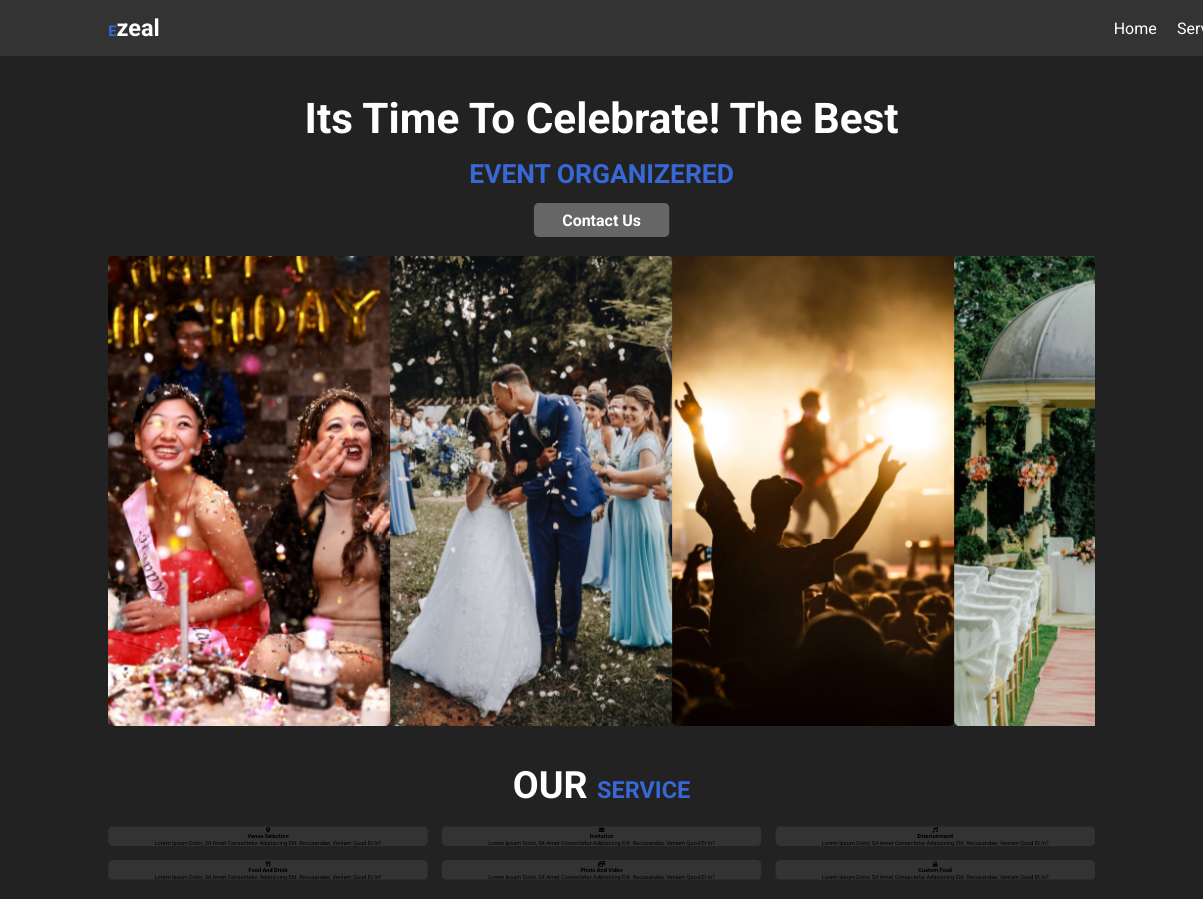
Repository: Jayce1607/First-clone
Page: html/index.html
The author's editor kept a copy of each file at every save. The page is drawn from the files as they stood at one save, then again after the next save.
The browser window is 1280 px wide. The pictures show the whole page, at 94% of full size.

Above is the page before, as saved 2021-08-26 19:08:42.
Console error: ReferenceError: Swiper is not defined

After the next save:
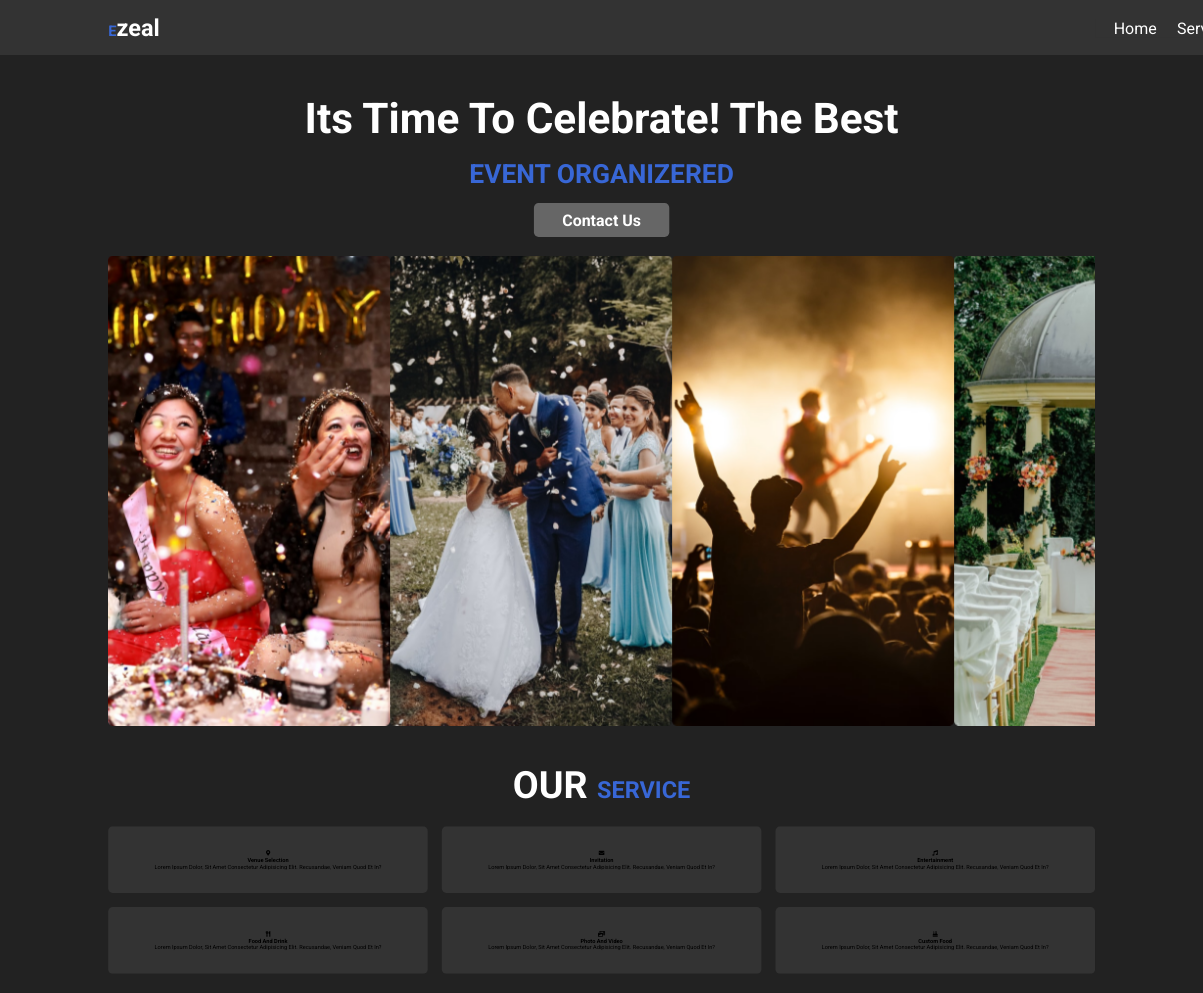
Saved 7 s later.
--- a/css/app.css
+++ b/css/app.css
@@ -87,6 +87,7 @@
   border-radius: .5rem;
   background-color: #333;
   text-align: center;
+  padding: 2.5rem;
 }
 
 
